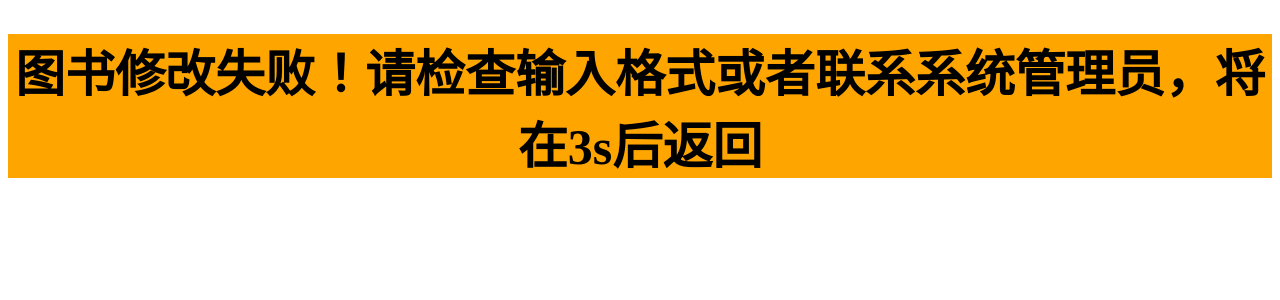
Repository: Rainbow-Chua/learningcode
Page: http://localhost/MyBookManager/modifyBookFailed.jsp
The author's editor kept a copy of each file at every save. The page is drawn from the files as they stood at one save, then again after the next save.
The browser window is 1280 px wide. The pictures show the whole page.
The page is served by Tomcat 9. Other server files are loaded and not shown.

Above is the page before, as saved 2017-11-23 13:17:01.

### MyBookManager/WebContent/modifyBookFailed.jsp
<%@ page language="java" contentType="text/html; charset=utf-8"
	pageEncoding="utf-8"%>
<!DOCTYPE html PUBLIC "-//W3C//DTD HTML 4.01 Transitional//EN" "http://www.w3.org/TR/html4/loose.dtd">
<html>
<head>
<style type="text/css">
.h {
	width: 100%;
	background: orange;
	color: black;
	text-align: center;
	text-shadow: silver;
}
</style>
</head>
<body>
	<div class="h">
		<h1 style="font-size: 50px; font-weight: bold; color: black;">图书修改失败！请检查输入格式或者联系系统管理员，将在3s后返回</h1>
	</div>
	<%response.setHeader("REFRESH","3;url=BookManager.jsp"); %>
</body>
</html>

After the next save:
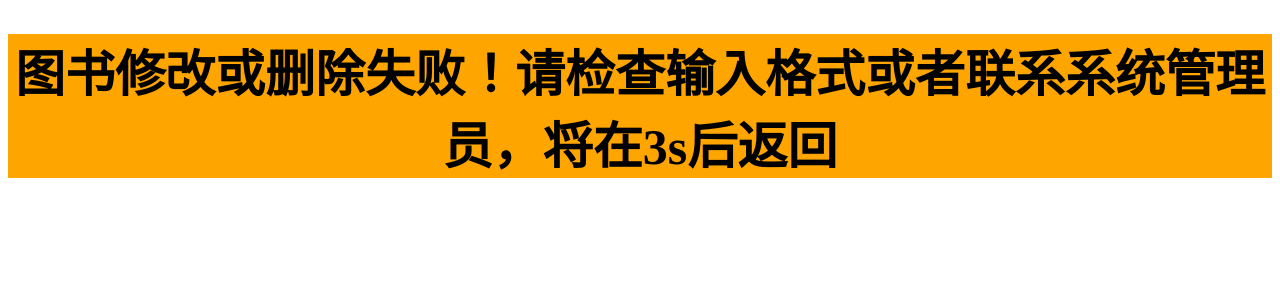
Saved 7 s later.
--- a/MyBookManager/WebContent/modifyBookFailed.jsp
+++ b/MyBookManager/WebContent/modifyBookFailed.jsp
@@ -15,7 +15,7 @@
 </head>
 <body>
 	<div class="h">
-		<h1 style="font-size: 50px; font-weight: bold; color: black;">图书修改失败！请检查输入格式或者联系系统管理员，将在3s后返回</h1>
+		<h1 style="font-size: 50px; font-weight: bold; color: black;">图书修改或删除失败！请检查输入格式或者联系系统管理员，将在3s后返回</h1>
 	</div>
 	<%response.setHeader("REFRESH","3;url=BookManager.jsp"); %>
 </body>
